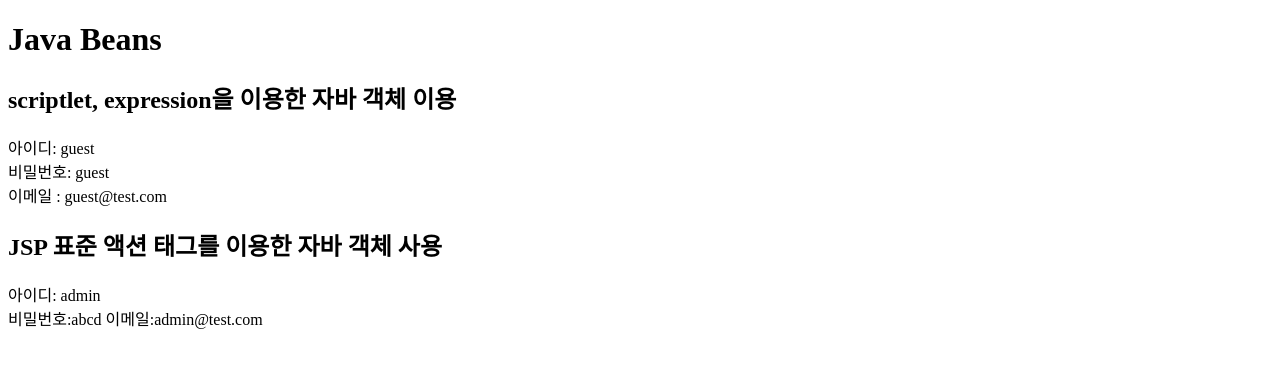
Repository: ljh5973/labweb
Page: http://localhost/JSP02/09_javabeans.jsp
An editor plug-in stored every save of this project. The page is shown before and after the next save, followed by the edit.
The browser window is 1280 px wide. The pictures show the whole page.
The page is served by Tomcat 9.

Above is the page before, as saved 2022-01-10 03:07:59.

After the next save:
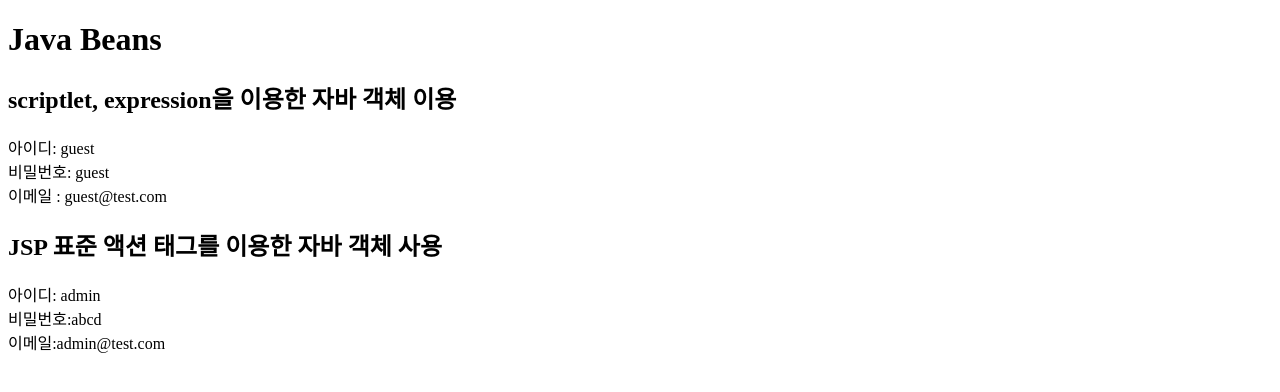
Saved 8 s later.
--- a/JSP02/webapp/09_javabeans.jsp
+++ b/JSP02/webapp/09_javabeans.jsp
@@ -46,7 +46,7 @@
 
 	 <div>
 	 	아이디: <jsp:getProperty property="memberId" name="m2"/><br>
-	 	비밀번호:<jsp:getProperty property="memberPassword" name="m2"/>
+	 	비밀번호:<jsp:getProperty property="memberPassword" name="m2"/><br>
 	 	이메일:<jsp:getProperty property="memberEmail" name="m2"/>
 	 </div>
 	</body>
